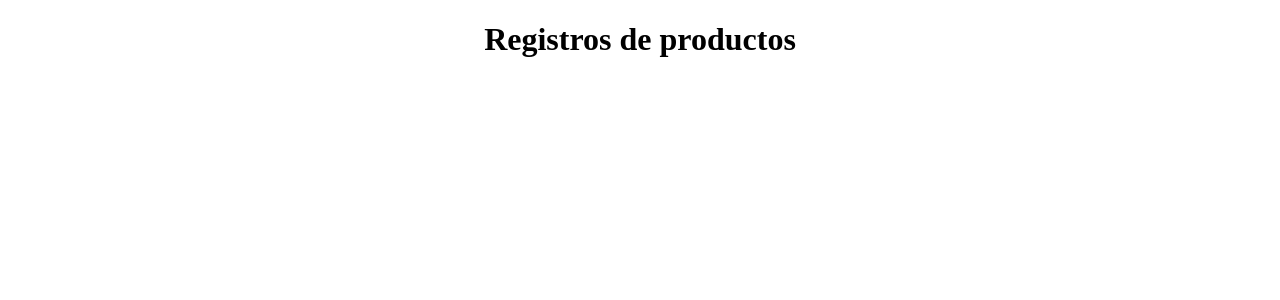
Repository: davidgit20/Examen_JPA
Page: http://localhost/examen_CL2/RegistroProducto.jsp
An editor plug-in stored every save of this project. The page is shown before and after the next save, followed by the edit.
The browser window is 1280 px wide. The pictures show the whole page.
The page is served by Tomcat 9.

Above is the page before, as saved 2023-10-24 23:22:02.

After the next save:
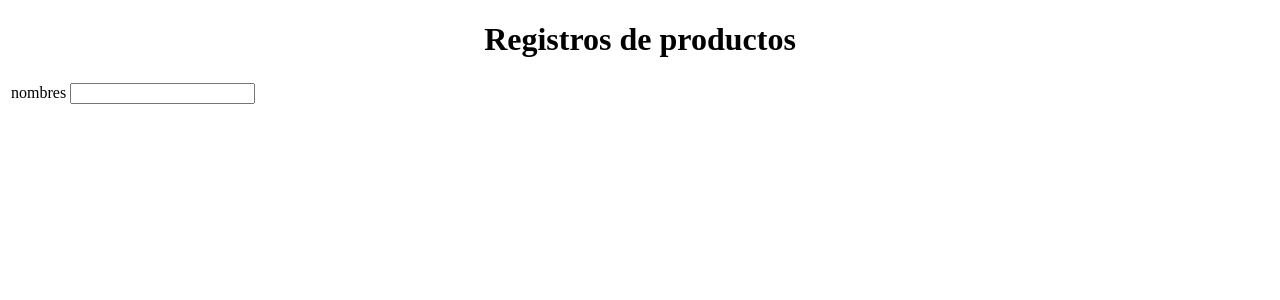
Saved 66 s later.
--- a/examen_CL2/src/main/webapp/RegistroProducto.jsp
+++ b/examen_CL2/src/main/webapp/RegistroProducto.jsp
@@ -8,6 +8,13 @@
 </head>
 <body>
 <h1 align="center">Registros de productos</h1>
-
+	<form>
+		<table>
+			<tr>
+				<td>nombres</td>
+				<td><input type="text" name="nombres"></td>
+			</tr>
+		</table>
+	</form>
 </body>
 </html>
